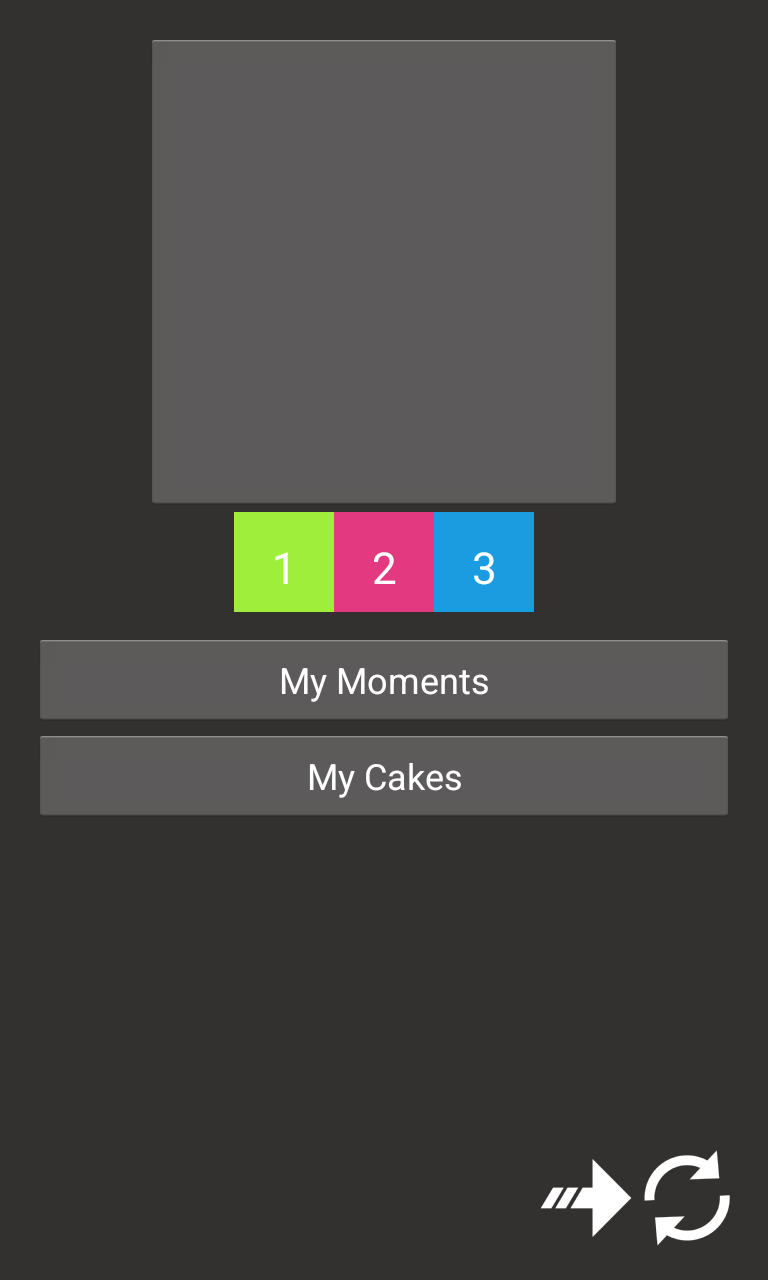
Repository: johnshaughnessy/onesec
Layout: OneSec-App/res/layout/activity_main.xml
The author's editor kept a copy of each file at every save. The layout is drawn from the files as they stood at one save, then again after the next save.
It is drawn on a 768 x 1280 px phone screen (xhdpi) without system bars, with theme RetroTheme; the app's code is not run.

Above is the layout before, as saved 2013-07-15 03:56:48.

After the next save:
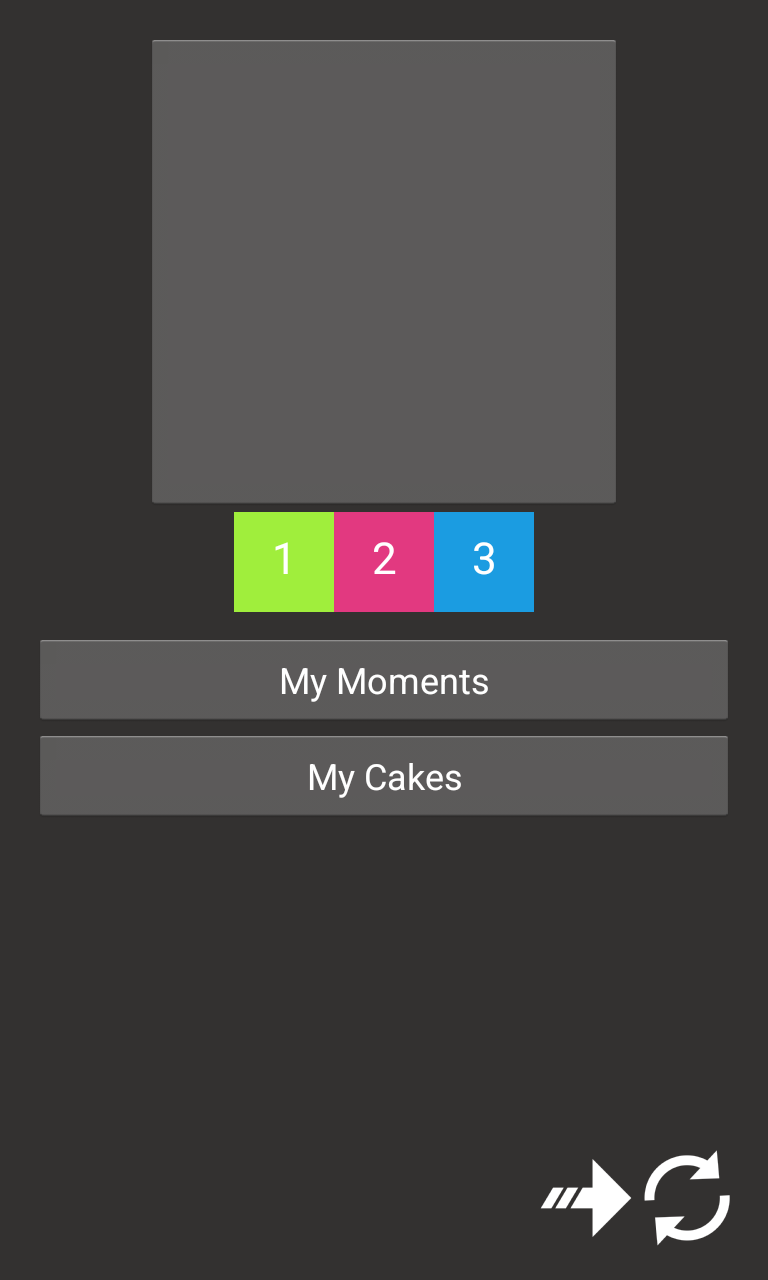
Saved 27 s later.
--- a/OneSec-App/res/values/styles.xml
+++ b/OneSec-App/res/values/styles.xml
@@ -79,7 +79,7 @@
         <item name="android:textSize">22sp</item>
         <item name="android:textColor">@color/white</item>
         <item name="android:paddingTop">5dp</item>
-        <item name="android:marginBottom">10dp</item>
+        <item name="android:paddingBottom">10dp</item>
     </style>
 
     <style name="Input">
